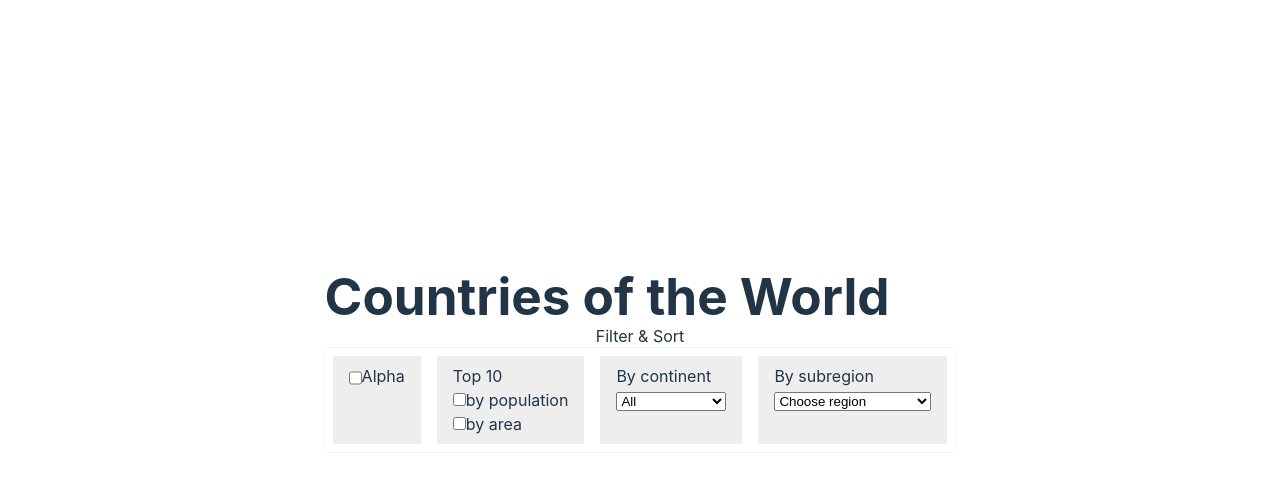
Repository: SamanthaYan298/my_countries
Page: /
The author's editor kept a copy of each file at every save. The page is drawn from the files as they stood at one save, then again after the next save.
The browser window is 1280 px wide. The pictures show the whole page.
The project was rebuilt for these pictures with package versions that can differ from the ones it lists, and the page was loaded fresh each time. Also part of the build but not shown: vite.config.js.

Above is the page before, as saved 2024-11-04 17:50:33.

### src/App.jsx
import { useState } from 'react'
import './App.css'

function App() {

  return (
    <div id="root">
      <h1>Countries of the World</h1>
      <div className="container">
        <div className='inner-container'>
          <p>Filter & Sort</p>
          <div className='filters'>
            <div className='alpha'>
              <input type="checkbox"/>
              <label htmlFor="alpha">Alpha</label>
            </div>
            <div className='categories'>
              <p>Top 10</p>
                <div>
                  <input type="checkbox"/>
                  <label htmlFor="by-population">by population</label>
                </div>
                <div>
                  <input type="checkbox" />
                  <label htmlFor="by-area">by area</label>
                </div>
            </div>
            <div  className='categories'>
              <p>By continent</p>
              <select>
                <option value="All">All</option>
                <option value="Antarctica">Antarctica</option>
                <option value="North America">North America</option>
                <option value="Europe">Europe</option>
                <option value="Africa">Africa</option>
                <option value="Asia">Asia</option>
                <option value="Oceania">Oceania</option>
                <option value="South America">South America</option>
              </select>
            </div>
            <div  className='categories'>
            <p>By subregion</p>
              <select>
                <option value="Choose region">Choose region</option>
                <option value="Caribbean">Caribbean</option>
                <option value="Western Europe">Western Europe</option>
                <option value="Western Africa">Western Africa</option>
                <option value="Central Europ">Central Europ</option>
                <option value="Estern Asia">Estern Asia</option>
                <option value="Polynesia">Polynesia</option>
                <option value="North Africa">North Africa</option>
                <option value="Southern Europe">Southern Europe</option>
                <option value="Southern-Eastern Asia">Southern-Eastern Asia</option>
              </select>
            </div>
          </div>
        </div>
      </div>
    </div>
  )
}

export default App

### src/App.css
* {
  margin: 0;
  padding: 0;
  box-sizing: border-box;
}

#root {
  max-width: 1280px;
  margin: 0 auto;
  padding: 0rem;
}

.container {
  display: flex;
  flex-direction: row;
  align-items: flex-start;
}

.inner-container {
  text-align: center;
}

.container p {
  margin-top: 0;
  margin-bottom: 0;
}

.filters {
  display: flex;
  flex-direction: row;
}

.alpha {
  display: flex;
  flex-direction: row;
  padding: 0.5rem 1rem;
  background-color: rgb(238, 238, 238);
  margin-top: 0;
}

.alpha input {
  margin-top: -44px;
}

.filters {
  gap: 1rem;
  text-align: left;
  padding: 0.5rem;
  box-shadow: rgba(0, 0, 0, 0.25) 0px 0px 1px 0px;
}

.categories {
  padding: 0.5rem 1rem;
  background-color: rgb(238, 238, 238);
}

Loaded but not shown: index.html (common file); src/main.jsx (common file); src/index.css (common file)

After the next save:
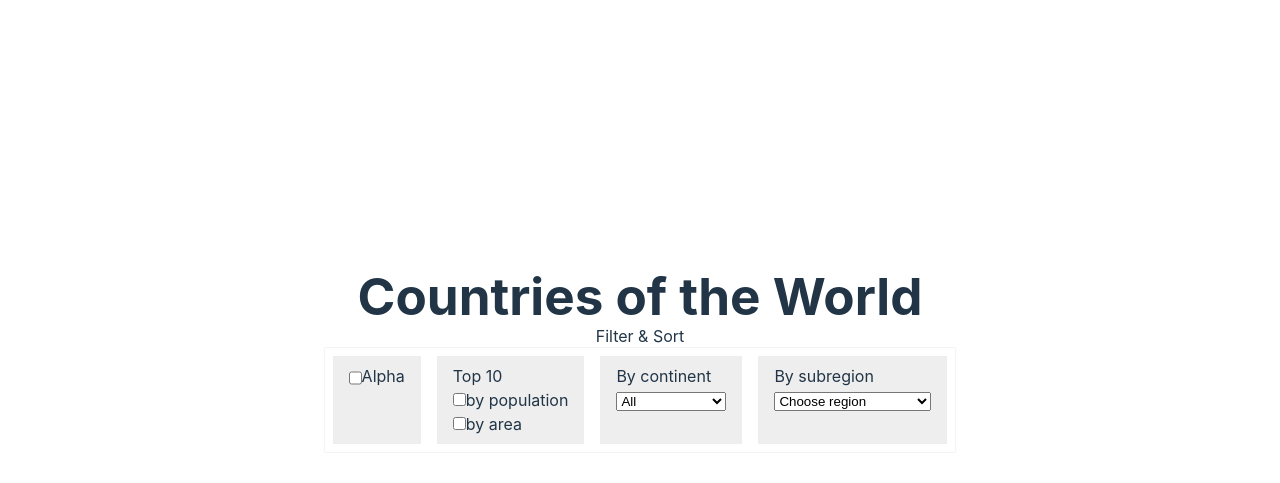
Saved 18 s later.
--- a/src/App.css
+++ b/src/App.css
@@ -7,7 +7,8 @@
 #root {
   max-width: 1280px;
   margin: 0 auto;
-  padding: 0rem;
+  padding: 2rem;
+  text-align: center;
 }
 
 .container {
